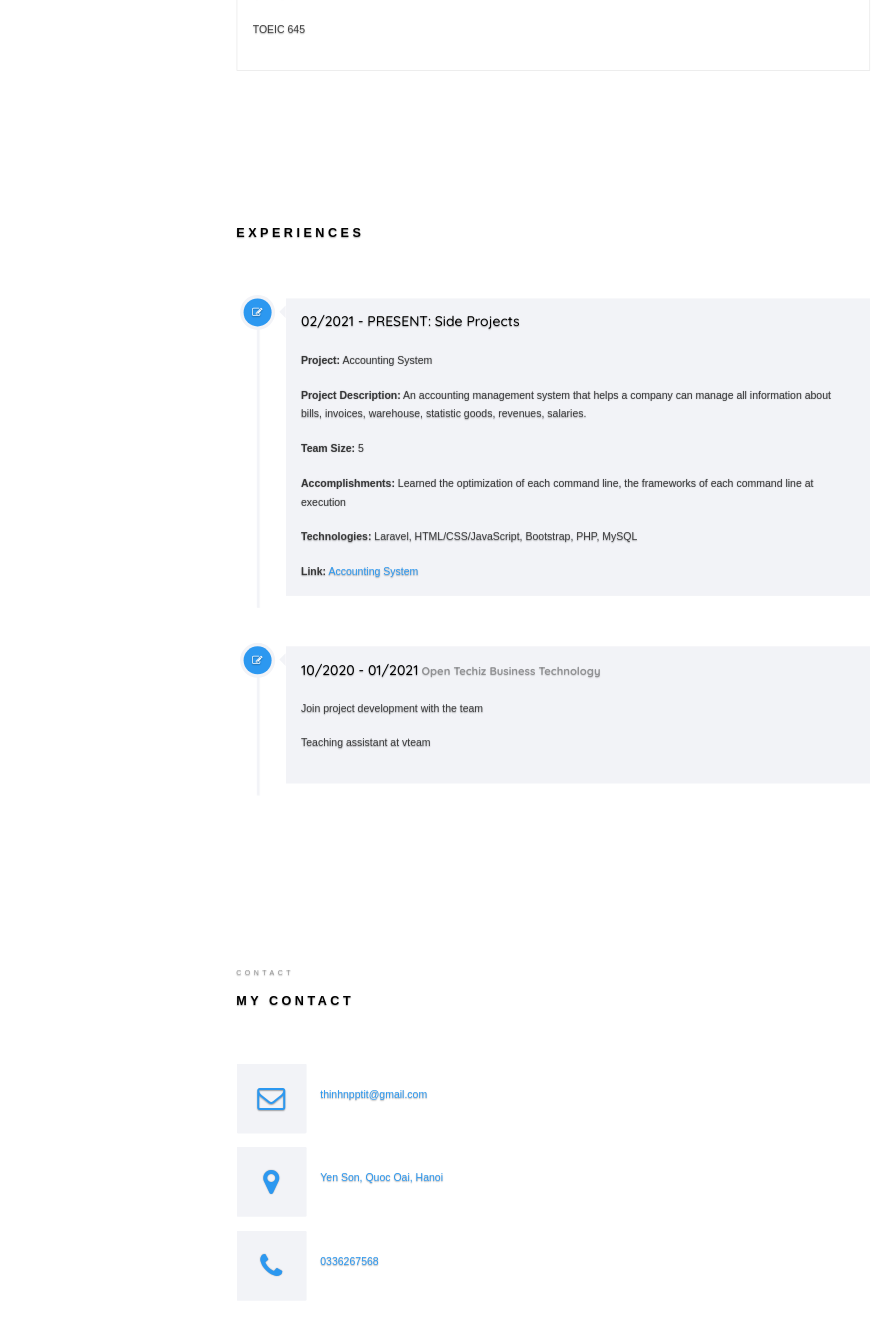
Repository: thinhnpptit/my-cv
Page: index.html
These files come from the project's save history. The page is drawn as it stood at one moment and after the next save; the edit follows.
The browser window is 1280 px wide. The pictures show the part of the page from y = 2085 to 4005 px (the page is 4098 px tall), at 70% of full size.
Some web fonts or font styles are not loaded; a fallback is used.

Above is the page before, as saved 2021-06-22 22:39:17.
Console error: TypeError: $(...).stick_in_parent is not a function

### index.html

<!DOCTYPE HTML>
<html>
	<head>
	<meta charset="utf-8">
	<meta http-equiv="X-UA-Compatible" content="IE=edge">
	<title>MY CV</title>
	<meta name="viewport" content="width=device-width, initial-scale=1">
	<meta name="description" content="" />
	<meta name="keywords" content="" />
	<meta name="author" content="" />

  <!-- Facebook and Twitter integration -->
	<meta property="og:title" content=""/>
	<meta property="og:image" content=""/>
	<meta property="og:url" content=""/>
	<meta property="og:site_name" content=""/>
	<meta property="og:description" content=""/>
	<meta name="twitter:title" content="" />
	<meta name="twitter:image" content="" />
	<meta name="twitter:url" content="" />
	<meta name="twitter:card" content="" />

	<!-- Place favicon.ico and apple-touch-icon.png in the root directory -->
	<link rel="shortcut icon" href="favico.png">

	<link href="https://fonts.googleapis.com/css?family=Quicksand:300,400,500,700" rel="stylesheet">
	<link href="https://fonts.googleapis.com/css?family=Playfair+Display:400,400i,700" rel="stylesheet">

	<!-- Animate.css -->
	<link rel="stylesheet" href="css/animate.css">
	<!-- Icomoon Icon Fonts-->
	<link rel="stylesheet" href="css/icomoon.css">
	<!-- Bootstrap  -->
	<link rel="stylesheet" href="css/bootstrap.css">
	<!-- Flexslider  -->
	<link rel="stylesheet" href="css/flexslider.css">
	<!-- Flaticons  -->
	<link rel="stylesheet" href="fonts/flaticon/font/flaticon.css">
	<!-- Owl Carousel -->
	<link rel="stylesheet" href="css/owl.carousel.min.css">
	<link rel="stylesheet" href="css/owl.theme.default.min.css">
	<!-- Theme style  -->
	<link rel="stylesheet" href="css/style.css">
	<!-- Font Waresome -->
	<link rel="stylesheet" href="https://cdnjs.cloudflare.com/ajax/libs/font-awesome/4.7.0/css/font-awesome.min.css">

	<!-- Modernizr JS -->
	<script src="js/modernizr-2.6.2.min.js"></script>
	<!-- FOR IE9 below -->
	<!--[if lt IE 9]>
	<script src="js/respond.min.js"></script>
	<![endif]-->

	</head>
	<body>
	<div id="colorlib-page">
		<div class="container-wrap">
		<a href="#" class="js-colorlib-nav-toggle colorlib-nav-toggle" data-toggle="collapse" data-target="#navbar" aria-expanded="false" aria-controls="navbar"><i></i></a>
		<aside id="colorlib-aside" role="complementary" class="border js-fullheight">
			<div class="text-center">
				<div class="author-img" style="background-image: url(images/avatar.png);"></div>
				<h1 id="colorlib-logo"><a href="index.html">Nguyen Phu Thinh</a></h1>
				<span class="position">Full Stack Web Developer</span>
			</div>
			<nav id="colorlib-main-menu" role="navigation" class="navbar">
				<div id="navbar" class="collapse">
					<ul>
						<li class="active"><a href="#" data-nav-section="about">About</a></li>
						<li><a href="#" data-nav-section="skills">Skills</a></li>
						<li><a href="#" data-nav-section="education">Education</a></li>
						<li><a href="#" data-nav-section="experience">Project</a></li>
						<li><a href="#" data-nav-section="contact">Contact</a></li>
					</ul>
				</div>
			</nav>

			<div class="colorlib-footer">
				<a href="" target="_blank" class="btn btn-primary btn-learn text-center">Download My CV <i class="fa fa-cloud-download" aria-hidden="true"></i></a>
			</div>

		</aside>

		<div id="colorlib-main">
			<section class="colorlib-about" data-section="about">
				<div class="colorlib-narrow-content">
					<div class="row">
						<div class="col-md-12">
							<div class="row row-bottom-padded-sm animate-box" data-animate-effect="fadeInLeft">
								<div class="col-md-12">
									<div class="about-desc">
										<span class="heading-meta">ABOUT</span>
										<h2 class="colorlib-heading">Who Am I?</h2>
										<p>I'm Nguyen Phu Thinh, a full stack developer with <strong>2 years of experience</strong> in Front-End Web Development (which includes <strong>1 years of experience</strong> in Back-End Development), with good knowledge of Object-Oriented
											Analysis and Design, Database Design, and Design Patterns.</p>
										<!-- <p>Learning new languages and technologies is what I am passionate about (I self-taught Django with 3 weeks). I am considered a team-player because I like to help other and tend to work well within groups. I can also do some mentoring tasks and do code reviewing for other team members.</p> -->
										<!-- <span>Target: -->
										</span>
									</div>
								</div>
							</div>
						</div>
					</div>
				</div>
			</section>


			<section class="colorlib-skills" data-section="skills">
				<div class="colorlib-narrow-content">
					<div class="row">
						<div class="col-md-6 col-md-offset-3 col-md-pull-3 ">
							<span class="heading-meta">SKILLS</span>
							<h2 class="colorlib-heading">MY SKILLS</h2>
						</div>
					</div>
					<div class="row row-pt-md">
						<div class="col-md-3 text-center animate-box">
							<div class="services color-1">
								<span class="icon">
									<i class="fa fa-heart-o" aria-hidden="true"></i>
								</span>
								<div class="desc">
									<h3>PROGRAMMING LANGUAGES</h3>
									<ul>
										<li>HTML, CSS</li>
										<li>JavaScript</li>
										<li>PHP</li>
										<li>Java</li>
										<li>Python</li>
										<br>
										<br>
										<br>
									</ul>
									<br>
								</div>
							</div>
						</div>
						<div class="col-md-3 text-center animate-box">
							<div class="services color-2">
								<span class="icon">
									<i class="fa fa-file-code-o" aria-hidden="true"></i>
								</span>
								<div class="desc">
									<h3>FRAMEWORKS & PLATFORMS
									</h3>
									<ul>
										<li>Bootstrap</li>
										<li>Jquery</li>
										<li>ReactJS/ReactNative</li>
										<li>NodeJS</li>
										<li>Laravel</li>
										<li>RestfulAPI / JSON, XML</li>
										<li>Javascript SDK: FacebookSDK, Firebase, MongoLab API</li>
									</ul>
								</div>
							</div>
						</div>
						<div class="col-md-3 text-center animate-box">
							<div class="services color-3">
								<span class="icon">
									<i class="fa fa-database" aria-hidden="true"></i>
								</span>
								<div class="desc">
									<h3>Database Management</h3>
									<ul>
										<li>MySQL</li>
										<li>MongoDB</li>
										</li>Microsoft SQL</li>
										<li>PostgreSQL</li>
										<br>
										<br>
										<br>
										<br>
										<br>
										<br>
										<br>
										<br>
									</ul>
								</div>
							</div>
						</div>
						<div class="col-md-3 text-center animate-box">
							<div class="services color-4">
								<span class="icon">
									<i class="fa fa-git" aria-hidden="true"></i>
								</span>
								<div class="desc">
									<h3>Dev Tools</h3>
									<ul>
										<li>Git (Github)</li>
										<li>Docker</li>
										<li>VS Code</li>
										<li>Zsh/Bash</li>
										<br>
										<br>
										<br>
										<br>
										<br>
										<br>
									</ul>
								</div>
							</div>
						</div>
						<div class="col-md-12 text-center animate-box">
							<div class="services color-5">
								<span class="icon">
									<i class="fa fa-key" aria-hidden="true"></i>
								</span>
								<div class="desc">
									<h3>KNOWLEDGE</h3>
									<ul>
										<li>Deep understanding about OOP, Design Pattern, SOLID principles, Dependency Injection, ...</li>
										<li>Good understanding about the Agile and Scrum process</li>
										<li>Good understanding software design, database design, RestfulAPI, ...</li>
										<li>Good time management, presentation and teamwork skills ...</li>
									</ul>
								</div>
							</div>
						</div>
					</div>
				</div>
			</section>



			<section class="colorlib-education" data-section="education">
				<div class="colorlib-narrow-content">
					<div class="row">
						<div class="col-md-6 col-md-offset-3 col-md-pull-3 animate-box" data-animate-effect="fadeInLeft">
							<h2 class="colorlib-heading animate-box">EDUCATION</h2>
						</div>
					</div>
					<div class="row">
						<div class="col-md-12 animate-box" data-animate-effect="fadeInLeft">
							<div class="fancy-collapse-panel">
								<div class="panel-group" id="accordion" role="tablist" aria-multiselectable="true">
									<div class="panel panel-default">
									    <div class="panel-heading" role="tab" id="headingOne">
									        <h4 class="panel-title">
									            <a data-toggle="collapse" data-parent="#accordion" href="#collapseOne" aria-expanded="true" aria-controls="collapseOne">2017-2021</a>
									        </h4>
									    </div>
									    <div id="collapseOne" class="panel-collapse collapse in" role="tabpanel" aria-labelledby="headingOne">
									         <div class="panel-body">
									            <div class="row">
										      		<div class="col-md-6">
														  <p>Currently a former student of PTIT</p>
														  <p>GPA: 2.94</p>
															<p>TOEIC 645</p>
										      		</div>
										      		<div class="col-md-6">
										      			<p>Posts and Telecommunications Institute of Technology, Vietnam</p>
										      		</div>
										      	</div>
									         </div>
									    </div>
									</div>
								</div>
							</div>
						</div>

				</div>
			</section>

			<section class="colorlib-experience" data-section="experience">
				<div class="colorlib-narrow-content">
					<div class="row">
						<div class="col-md-6 col-md-offset-3 col-md-pull-3 animate-box" data-animate-effect="fadeInLeft">
							<h2 class="colorlib-heading animate-box">EXPERIENCES</h2>
						</div>
					</div>
					<div class="row">
						<div class="col-md-12">
				         <div class="timeline-centered">
					         <article class="timeline-entry animate-box" data-animate-effect="fadeInLeft">
					            <div class="timeline-entry-inner">
					               <div class="timeline-icon color-1">
										<i class="fa fa-pencil-square-o" aria-hidden="true"></i>
					               </div>

					               <div class="timeline-label">
					                  	<h2><a href="#">02/2021 - PRESENT: Side Projects</a><span></span></h2>
										<p><strong>Project:</strong> Accounting System</p>
										<p><strong>Project Description:</strong> An accounting management system that helps a company can manage all 	  	  information about bills, invoices, warehouse, statistic goods, revenues, salaries.</p>
										<p><strong>Team Size:</strong> 5</p>
										<p><strong>Accomplishments:</strong> Learned the optimization of each command line, the frameworks of each command line at execution</p>
										<p><strong>Technologies:</strong> Laravel, HTML/CSS/JavaScript, Bootstrap, PHP, MySQL</p>
										<span><strong>Link:</strong></span><a href="http://accounting-system-app.herokuapp.com"> Accounting System</a>
										<!-- <div class="text-center">
											<a name="" id="" class="btn btn-primary" href="#" role="button">View Page</a>
										</div> -->
										<div class="list-img text-center">
											<!-- Images -->
										</div>
								   </div>
								   <br>
								</div>
					         </article>
					      </div>
					   </div>
					   <div class="col-md-12">
						<div class="timeline-centered">
							<article class="timeline-entry animate-box" data-animate-effect="fadeInLeft">
							   <div class="timeline-entry-inner">
								  <div class="timeline-icon color-1">
										<i class="fa fa-pencil-square-o" aria-hidden="true"></i>
								  </div>

								  <div class="timeline-label">
										<h2><a href="#">10/2020 - 01/2021</a><span><strong> Open Techiz Business Technology</strong></span></h2>
									   <p>Join project development with the team</p>
									   <p>Teaching assistant at vteam</p>
									   <!-- <div class="text-center">
										   <a name="" id="" class="btn btn-primary" href="#" role="button">View Page</a>
									   </div> -->
									   <div class="list-img text-center">
										   <!-- Image -->
									   </div>
								  </div>
								  <br>
							   </div>
							</article>
						 </div>
					  </div>
				   </div>
				</div>
			</section>

			<section class="colorlib-contact" data-section="contact">
				<div class="colorlib-narrow-content">
					<div class="row">
						<div class="col-md-6 col-md-offset-3 col-md-pull-3 animate-box" data-animate-effect="fadeInLeft">
							<span class="heading-meta">CONTACT</span>
							<h2 class="colorlib-heading">My Contact</h2>
						</div>
					</div>
					<div class="row">
						<div class="col-md-12">
							<div class="colorlib-feature colorlib-feature-sm animate-box" data-animate-effect="fadeInLeft">
								<div class="colorlib-icon">
									<i class="fa fa-envelope-o" aria-hidden="true"></i>
								</div>
								<div class="colorlib-text">
									<p><a href="mailto:hoangtienaptech@gmail.com">thinhnpptit@gmail.com</a></p>
								</div>
							</div>
							<div class="colorlib-feature colorlib-feature-sm animate-box" data-animate-effect="fadeInLeft">
								<div class="colorlib-icon">
									<i class="fa fa-map-marker" aria-hidden="true"></i>
								</div>
								<div class="colorlib-text">
									<p><a href="">Yen Son, Quoc Oai, Hanoi</a></p>
								</div>
							</div>
							<div class="colorlib-feature colorlib-feature-sm animate-box" data-animate-effect="fadeInLeft">
								<div class="colorlib-icon">
									<i class="fa fa-phone" aria-hidden="true"></i>
								</div>
								<div class="colorlib-text">
									<p><a href="tel:+84393932114">0336267568</a></p>
								</div>
							</div>
						</div>
					</div>
				</div>
			</section>

		</div><!-- end:colorlib-main -->
	</div><!-- end:container-wrap -->
	</div><!-- end:colorlib-page -->

	<!-- jQuery -->
	<script src="js/jquery.min.js"></script>
	<!-- jQuery Easing -->
	<script src="js/jquery.easing.1.3.js"></script>
	<!-- Bootstrap -->
	<script src="js/bootstrap.min.js"></script>
	<!-- Waypoints -->
	<script src="js/jquery.waypoints.min.js"></script>
	<!-- Flexslider -->
	<script src="js/jquery.flexslider-min.js"></script>
	<!-- Owl carousel -->
	<script src="js/owl.carousel.min.js"></script>
	<!-- Counters -->
	<script src="js/jquery.countTo.js"></script>

	<!-- MAIN JS -->
	<script src="js/main.js"></script>

	</body>
</html>

### css/flexslider.css
/*
 * jQuery FlexSlider v2.6.0
 * http://www.woothemes.com/flexslider/
 *
 * Copyright 2012 WooThemes
 * Free to use under the GPLv2 and later license.
 * http://www.gnu.org/licenses/gpl-2.0.html
 *
 * Contributing author: Tyler Smith (@mbmufffin)
 *
 */
/* ====================================================================================================================
 * FONT-FACE
 * ====================================================================================================================*/
/*@font-face {
  font-family: 'flexslider-icon';
  src: url('fonts/flexslider-icon.eot');
  src: url('fonts/flexslider-icon.eot?#iefix') format('embedded-opentype'), url('fonts/flexslider-icon.woff') format('woff'), url('fonts/flexslider-icon.ttf') format('truetype'), url('fonts/flexslider-icon.svg#flexslider-icon') format('svg');
  font-weight: normal;
  font-style: normal;
}*/
/* ====================================================================================================================
 * RESETS
 * ====================================================================================================================*/
 .flex-container a:hover,
 .flex-slider a:hover {
   outline: none;
 }
 .slides,
 .slides > li,
 .flex-control-nav,
 .flex-direction-nav {
   margin: 0;
   padding: 0;
   list-style: none;
 }
 .flex-pauseplay span {
   text-transform: capitalize;
 }
 /* ====================================================================================================================
  * BASE STYLES
  * ====================================================================================================================*/
 .flexslider {
   margin: 0;
   padding: 0;
 }
 .flexslider .slides > li {
   display: none;
   -webkit-backface-visibility: hidden;
 }
 .flexslider .slides img {
   width: 100%;
   display: block;
 }
 .flexslider .slides:after {
   /*content: "\0020";*/
   display: block;
   clear: both;
   visibility: hidden;
   line-height: 0;
   height: 0;
 }
 html[xmlns] .flexslider .slides {
   display: block;
 }
 * html .flexslider .slides {
   height: 1%;
 }
 .no-js .flexslider .slides > li:first-child {
   display: block;
 }
 /* ====================================================================================================================
  * DEFAULT THEME
  * ====================================================================================================================*/
 .flexslider {
   margin: 0 0 60px;
   background: #ffffff;
   border: 4px solid #ffffff;
   position: relative;
   zoom: 1;
   -webkit-border-radius: 4px;
   -moz-border-radius: 4px;
   border-radius: 4px;
   -webkit-box-shadow: '' 0 1px 4px rgba(0, 0, 0, 0.2);
   -moz-box-shadow: '' 0 1px 4px rgba(0, 0, 0, 0.2);
   -o-box-shadow: '' 0 1px 4px rgba(0, 0, 0, 0.2);
   box-shadow: '' 0 1px 4px rgba(0, 0, 0, 0.2);
 }
 .flexslider .slides {
   zoom: 1;
 }
 .flexslider .slides img {
   height: auto;
   -moz-user-select: none;
 }
 .flex-viewport {
   max-height: 2000px;
   -webkit-transition: all 1s ease;
   -moz-transition: all 1s ease;
   -ms-transition: all 1s ease;
   -o-transition: all 1s ease;
   transition: all 1s ease;
 }
 .loading .flex-viewport {
   max-height: 300px;
 }
 .carousel li {
   margin-right: 5px;
 }
 .flex-direction-nav {
   *height: 0;
 }
 .flex-direction-nav a {
   text-decoration: none;
   display: block;
   width: 40px;
   height: 40px;
   margin: -20px 0 0;
   position: absolute;
   top: 50%;
   z-index: 10;
   overflow: hidden;
   opacity: 0;
   cursor: pointer;
   color: rgba(0, 0, 0, 0.8);
   text-shadow: 1px 1px 0 rgba(255, 255, 255, 0.3);
   -webkit-transition: all 0.3s ease-in-out;
   -moz-transition: all 0.3s ease-in-out;
   -ms-transition: all 0.3s ease-in-out;
   -o-transition: all 0.3s ease-in-out;
   transition: all 0.3s ease-in-out;
 }
 .flex-direction-nav a:before {
   font-family: "flexslider-icon";
   font-size: 40px;
   display: inline-block;
   content: '\f001';
   color: rgba(0, 0, 0, 0.8);
   text-shadow: 1px 1px 0 rgba(255, 255, 255, 0.3);
 }
 .flex-direction-nav a.flex-next:before {
   content: '\f002';
 }
 .flex-direction-nav .flex-prev {
   left: -50px;
 }
 .flex-direction-nav .flex-next {
   right: -50px;
   text-align: right;
 }
 .flexslider:hover .flex-direction-nav .flex-prev {
   opacity: 0.7;
   left: 10px;
 }
 .flexslider:hover .flex-direction-nav .flex-prev:hover {
   opacity: 1;
 }
 .flexslider:hover .flex-direction-nav .flex-next {
   opacity: 0.7;
   right: 10px;
 }
 .flexslider:hover .flex-direction-nav .flex-next:hover {
   opacity: 1;
 }
 .flex-direction-nav .flex-disabled {
   opacity: 0!important;
   filter: alpha(opacity=0);
   cursor: default;
   z-index: -1;
 }
 .flex-pauseplay a {
   display: block;
   width: 20px;
   height: 20px;
   position: absolute;
   bottom: 5px;
   left: 10px;
   opacity: 0.8;
   z-index: 10;
   overflow: hidden;
   cursor: pointer;
   color: #000;
 }
 .flex-pauseplay a:before {
   font-family: "flexslider-icon";
   font-size: 20px;
   display: inline-block;
   content: '\f004';
 }
 .flex-pauseplay a:hover {
   opacity: 1;
 }
 .flex-pauseplay a.flex-play:before {
   content: '\f003';
 }
 .flex-control-nav {
   width: 100%;
   position: absolute;
   bottom: -40px;
   text-align: center;
 }
 .flex-control-nav li {
   margin: 0 6px;
   display: inline-block;
   zoom: 1;
   *display: inline;
 }
 .flex-control-paging li a {
   width: 11px;
   height: 11px;
   display: block;
   background: #666;
   background: rgba(0, 0, 0, 0.5);
   cursor: pointer;
   text-indent: -9999px;
   -webkit-box-shadow: inset 0 0 3px rgba(0, 0, 0, 0.3);
   -moz-box-shadow: inset 0 0 3px rgba(0, 0, 0, 0.3);
   -o-box-shadow: inset 0 0 3px rgba(0, 0, 0, 0.3);
   box-shadow: inset 0 0 3px rgba(0, 0, 0, 0.3);
   -webkit-border-radius: 20px;
   -moz-border-radius: 20px;
   border-radius: 20px;
 }
 .flex-control-paging li a:hover {
   background: #333;
   background: rgba(0, 0, 0, 0.7);
 }
 .flex-control-paging li a.flex-active {
   background: #000;
   background: rgba(0, 0, 0, 0.9);
   cursor: default;
 }
 .flex-control-thumbs {
   margin: 5px 0 0;
   position: static;
   overflow: hidden;
 }
 .flex-control-thumbs li {
   width: 25%;
   float: left;
   margin: 0;
 }
 .flex-control-thumbs img {
   width: 100%;
   height: auto;
   display: block;
   opacity: .7;
   cursor: pointer;
   -moz-user-select: none;
   -webkit-transition: all 1s ease;
   -moz-transition: all 1s ease;
   -ms-transition: all 1s ease;
   -o-transition: all 1s ease;
   transition: all 1s ease;
 }
 .flex-control-thumbs img:hover {
   opacity: 1;
 }
 .flex-control-thumbs .flex-active {
   opacity: 1;
   cursor: default;
 }
 /* ====================================================================================================================
  * RESPONSIVE
  * ====================================================================================================================*/
 @media screen and (max-width: 860px) {
   .flex-direction-nav .flex-prev {
     opacity: 1;
     left: 10px;
   }
   .flex-direction-nav .flex-next {
     opacity: 1;
     right: 10px;
   }
 }

Loaded but not shown: css/animate.css (library); css/bootstrap.css (library); css/owl.carousel.min.css (library); css/owl.theme.default.min.css (common file); js/modernizr-2.6.2.min.js (library); js/jquery.min.js (library); js/jquery.easing.1.3.js (library); js/bootstrap.min.js (library); js/jquery.waypoints.min.js (library); js/jquery.flexslider-min.js (library); js/owl.carousel.min.js (library); js/jquery.countTo.js (library); js/main.js (310 lines, source omitted); css/style.css (1971 lines, source omitted)

After the next save:
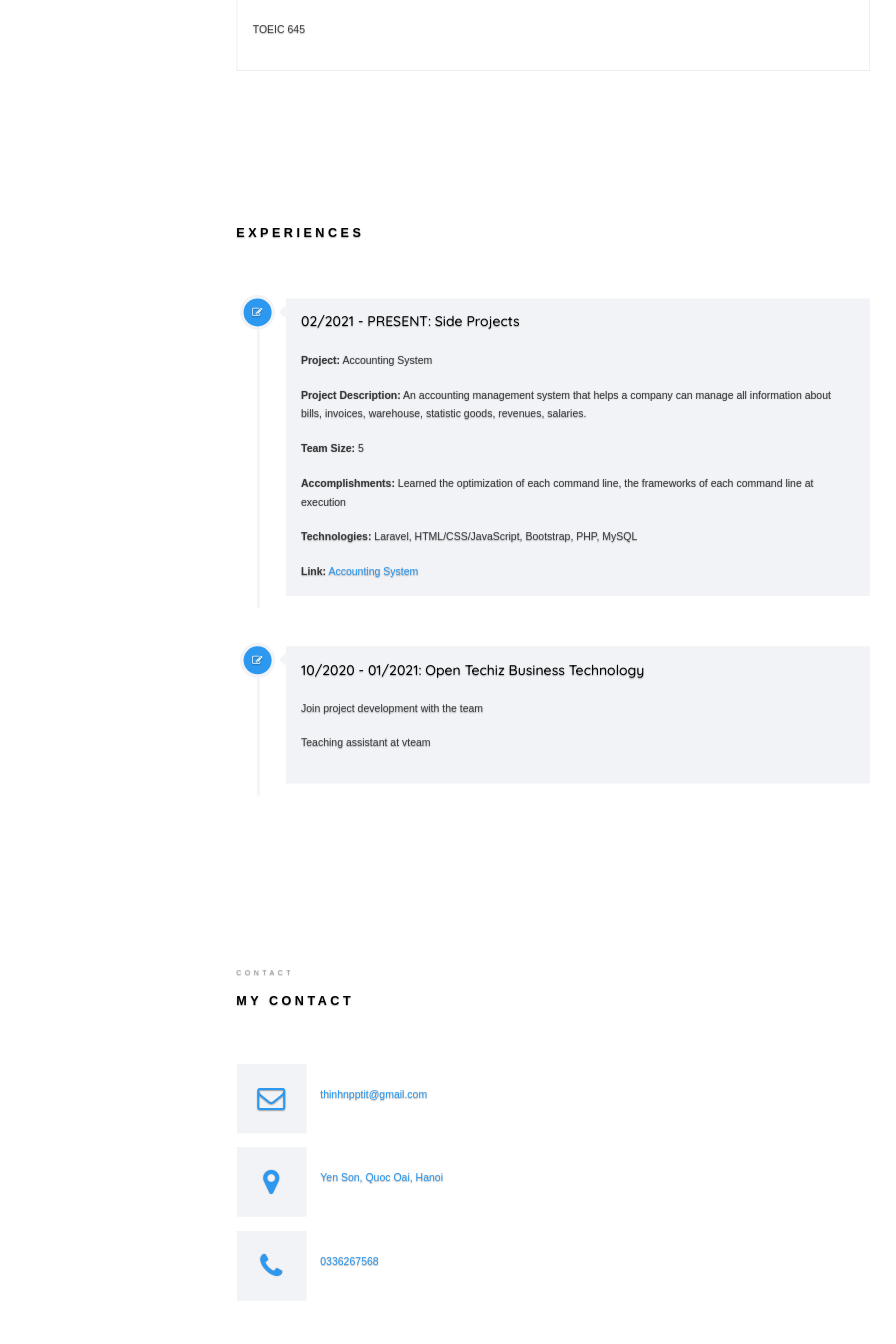
Saved 25 s later.
--- a/index.html
+++ b/index.html
@@ -307,7 +307,7 @@
 								  </div>
 
 								  <div class="timeline-label">
-										<h2><a href="#">10/2020 - 01/2021</a><span><strong> Open Techiz Business Technology</strong></span></h2>
+										<h2><a href="#">10/2020 - 01/2021: Open Techiz Business Technology</a><span></span></h2>
 									   <p>Join project development with the team</p>
 									   <p>Teaching assistant at vteam</p>
 									   <!-- <div class="text-center">
